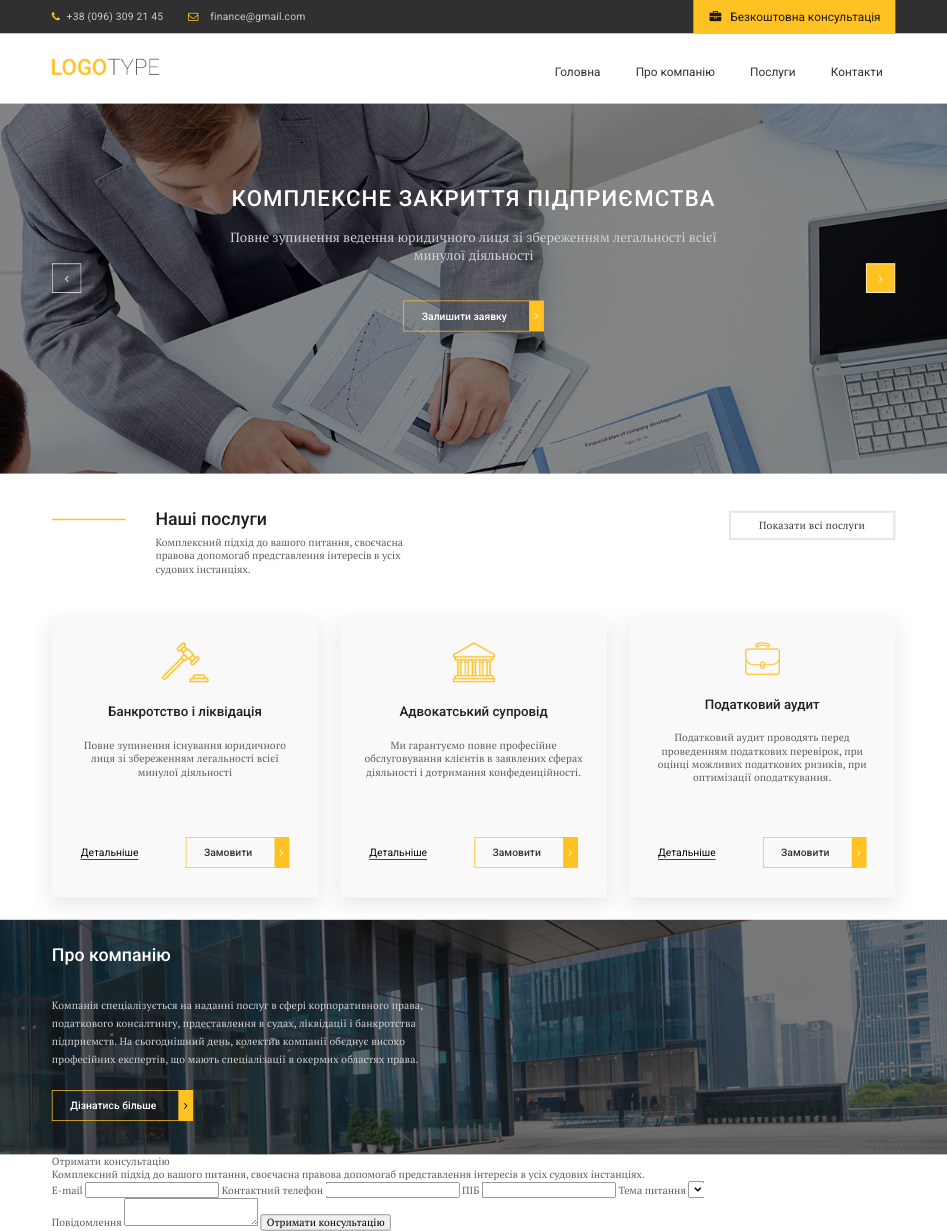
Repository: oliachipko/companysait
Page: index.html
An editor plug-in stored every save of this project. The page is shown before and after the next save, followed by the edit.
The browser window is 1280 px wide. The pictures show the whole page, at 74% of full size.

Above is the page before, as saved 2020-11-20 01:55:11.

After the next save:
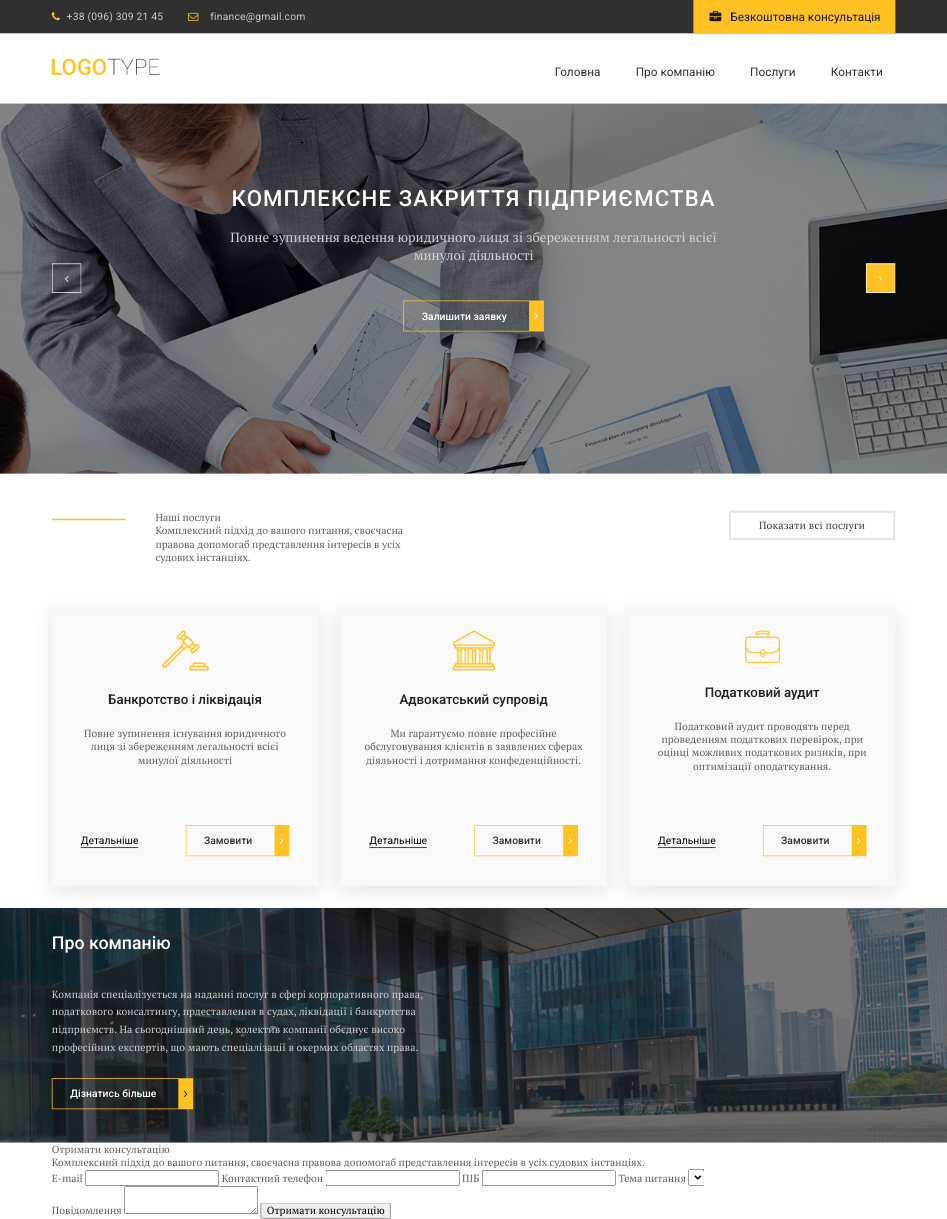
Saved 42 s later.
--- a/index.html
+++ b/index.html
@@ -94,7 +94,7 @@
       <div class="container">
         <div class="services__top">
           <div class="services__title-box">
-            <div class="services-title">Наші послуги</div>
+            <div class="services__title">Наші послуги</div>
             <div class="services__text">
               Комплексний підхід до вашого питання, своєчасна правова допомогаб
               представлення інтересів в усіх судових інстанціях.

After the save that followed:
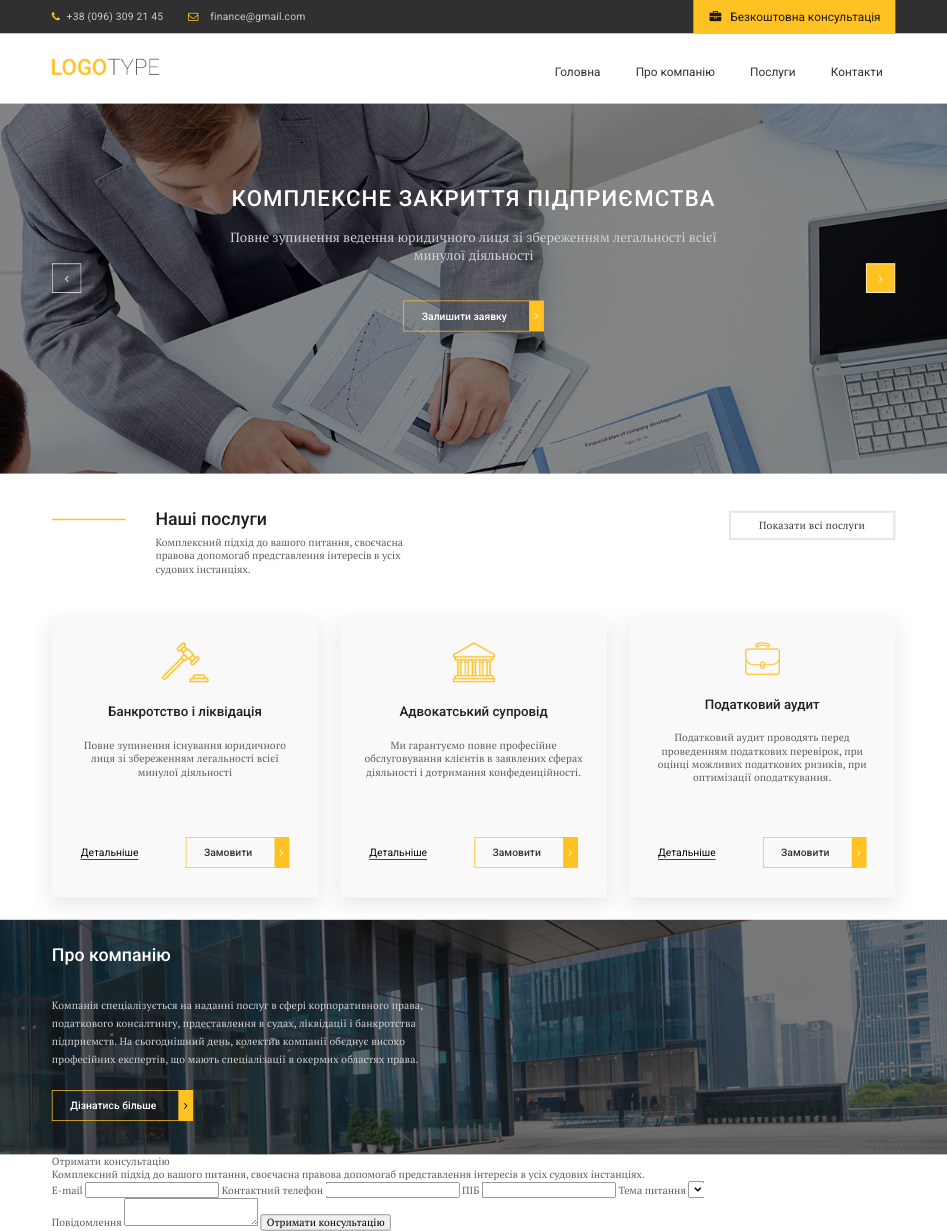
Saved 81 s later.
--- a/css/style.css
+++ b/css/style.css
@@ -226,7 +226,7 @@ header {
     left: 0;
     top: 11px;
 }
-.services-title{
+.services__title{
     font-size: 24px;
     font-weight: 500;
     line-height: 24px;
